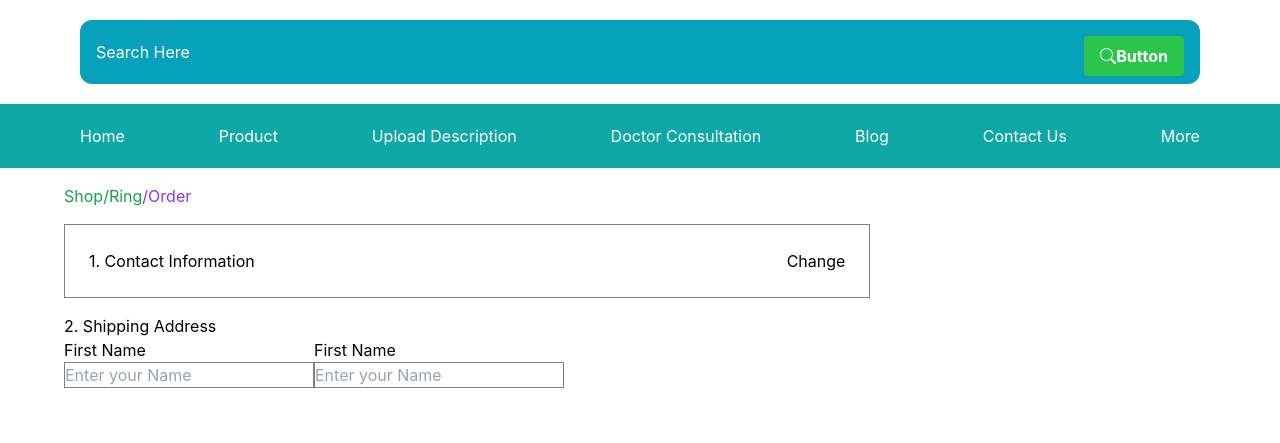
Repository: arafatmollah/form-pharma
Page: /
An editor plug-in stored every save of this project. The page is shown before and after a run of saves, followed by the edit.
The browser window is 1280 px wide. The pictures show the whole page.
The project was rebuilt for these pictures with package versions that can differ from the ones it lists, and the page was loaded fresh each time.

Above is the page before, as saved 2023-03-14 23:47:36.

After the next 2 saves:
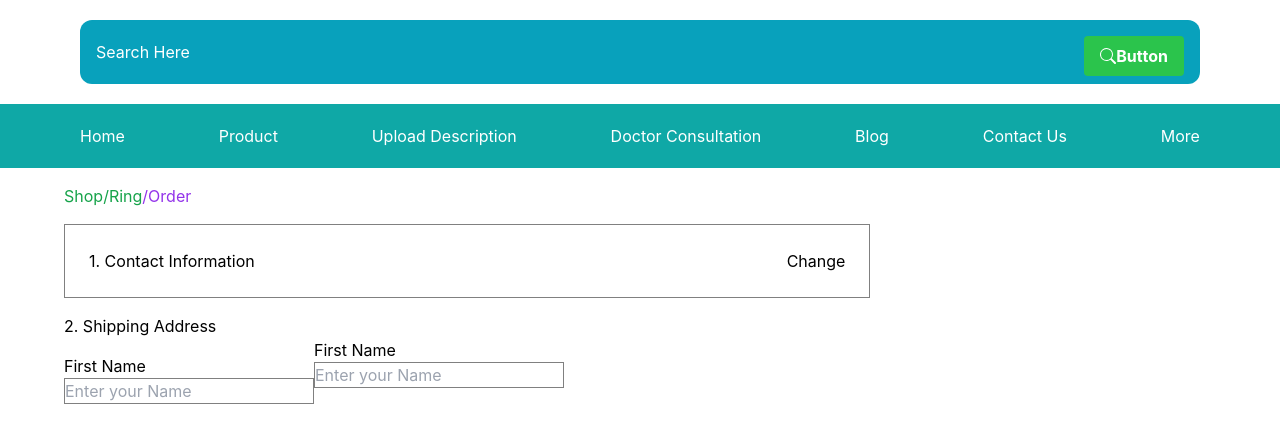
The 2 saves are shown as one change because they came seconds apart.
The last was saved 17 s later.
--- a/src/Form.js
+++ b/src/Form.js
@@ -18,7 +18,7 @@ function form() {
               <p>2. Shipping Address</p>
               <form>
                <div className='flex'>
-               <div>
+               <div className='my-4'>
                 <label>First Name</label> <br></br>
                 <input className='input' type='text' placeholder="Enter your Name"></input>
                 </div>
